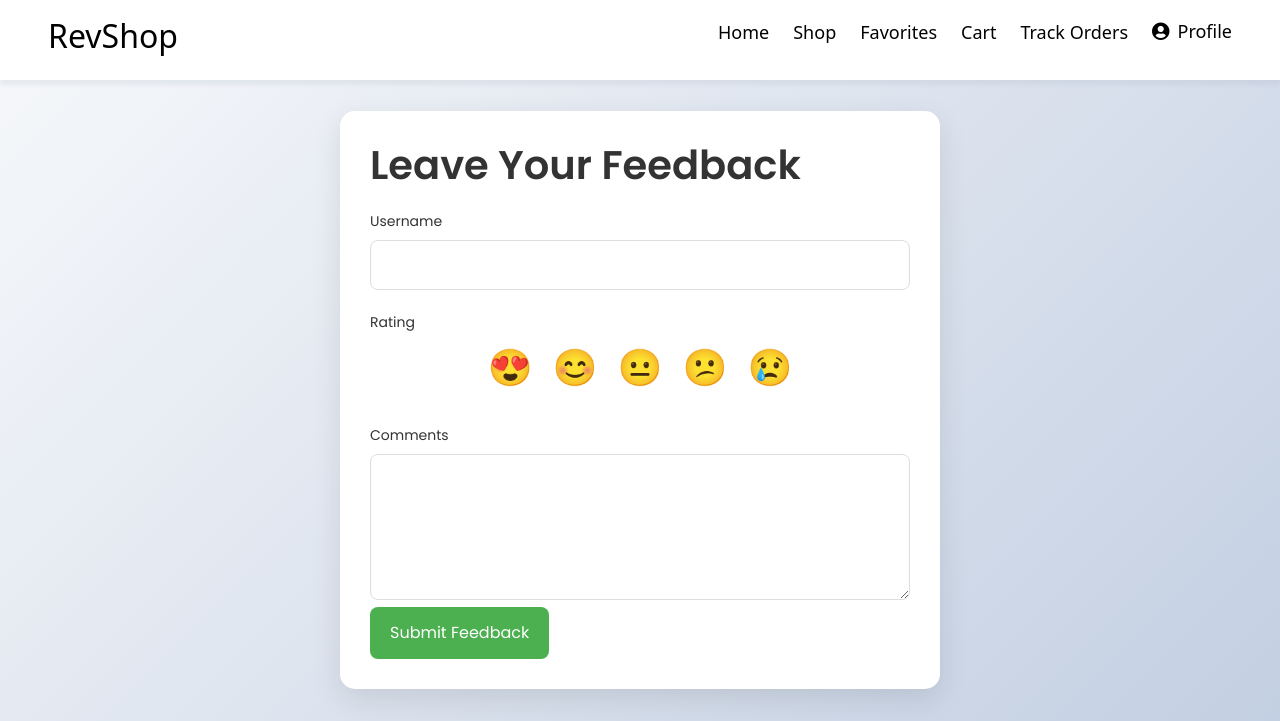
Repository: srikanth805/RevShopP2_Ecommerce
Page: http://localhost/feedback
The author's editor kept a copy of each file at every save. The page is drawn from the files as they stood at one save, then again after the next save.
The browser window is 1280 px wide. The pictures show the whole page.
The page is this project's Thymeleaf template; nobody is signed in. The template is opened directly, without the code that normally fills it, so the values that code supplies are empty.

Above is the page before, as saved 2024-10-20 21:14:50.

### client-app/src/main/resources/templates/feedback.html
 <!DOCTYPE html>
<html xmlns:th="http://www.thymeleaf.org">
<head>
    <meta charset="UTF-8">
    <meta name="viewport" content="width=device-width, initial-scale=1.0">
    <title>Feedback Form</title>
    <link rel="stylesheet" th:href="@{/css/feedback.css}">
    <link rel="preconnect" href="https://fonts.googleapis.com">
    <link rel="preconnect" href="https://fonts.gstatic.com" crossorigin>
    <link href="https://fonts.googleapis.com/css2?family=Poppins:wght@300;400;500;600&display=swap" rel="stylesheet">
</head>
<body>
	<div th:include="@{/buyerNav.html}"></div>
	<div class="feedback">
	    <div class="feedback-container">
	        <h1>Leave Your Feedback</h1>
	        <form th:action="@{/api/v1/feedback}" th:method="post">

	            <label for="username">Username</label>
	            <input type="text" id="username" name="username" required>

	            <label for="rating">Rating</label>
	            <div class="emoji-rating">
	                <input type="radio" id="emoji5" name="rating" value="5" required>
	                <label for="emoji5" title="Excellent">😍</label>

	                <input type="radio" id="emoji4" name="rating" value="4">
	                <label for="emoji4" title="Good">😊</label>

	                <input type="radio" id="emoji3" name="rating" value="3">
	                <label for="emoji3" title="Average">😐</label>

	                <input type="radio" id="emoji2" name="rating" value="2">
	                <label for="emoji2" title="Poor">😕</label>

	                <input type="radio" id="emoji1" name="rating" value="1">
	                <label for="emoji1" title="Terrible">😢</label>
	            </div>

	            <label for="comments">Comments</label>
	            <textarea id="comments" name="comments" rows="5" required></textarea>

	            <button type="submit" class="submit-btn">Submit Feedback</button>
	        </form>
	    </div>
    </div>
</body>
</html>

### client-app/src/main/resources/templates/buyerNav.html
<!DOCTYPE html>
<html lang="en" xmlns:th="http://www.thymeleaf.org">

<head>
<meta charset="UTF-8">
<meta name="viewport" content="width=device-width, initial-scale=1.0">
<title>Buyers</title>
<link rel="stylesheet" th:href="@{/css/buyerDashboard.css}">
<link
	href="https://cdn.jsdelivr.net/npm/bootstrap@5.3.3/dist/css/bootstrap.min.css"
	rel="stylesheet"
	integrity="sha384-QWTKZyjpPEjISv5WaRU9OFeRpok6YctnYmDr5pNlyT2bRjXh0JMhjY6hW+ALEwIH"
	crossorigin="anonymous">
<link rel="stylesheet" href="https://cdnjs.cloudflare.com/ajax/libs/font-awesome/5.15.4/css/all.min.css">
</head>

<body>
	<nav class="navbar">
		<div class="navbar-container">
			<input type="checkbox" name="" id="checkbox">
			<div class="hamburger-lines">
				<span class="line line1"></span> <span class="line line2"></span> <span
					class="line line3"></span>
			</div>
			<ul class="menu-items">
				<li><a th:href="@{/api/v1/buyer-dashboard}">Home</a></li>
				<li><a th:href="@{/api/v1/products}">Shop</a></li>
				<li><a th:href="@{/api/v1/wishlist}">Favorites</a></li>
				<li><a th:href="@{/api/v1/cart}">Cart</a></li>
				<li><a th:href="@{/api/v1/orders/history}">Track Orders</a></li>
				<li class="dropdown">
			        <a href="javascript:void(0)" class="dropbtn">
			            <i class="fas fa-user-circle"></i> Profile
			        </a>
			        <div class="dropdown-content">
			            <a th:href="@{/api/v1/profile}"><i class="fas fa-id-badge"></i> My Profile</a>
			            <a th:href="@{/api/v1/profile/edit}"><i class="fas fa-edit"></i> Edit Profile</a>
			            <a th:href="@{/logout}"><i class="fas fa-sign-out-alt"></i> Logout</a>
			        </div>
			    </li>
			</ul>
			<div class="logo">
				<h2 class="mx-5">RevShop</h2>
			</div>
		</div>
	</nav>
</body>
</html>

### client-app/src/main/resources/static/css/Feedback.css

.feedback {
    font-family: 'Poppins', sans-serif;
    background: linear-gradient(135deg, #f5f7fa 0%, #c3cfe2 100%);
    color: #333;
    margin: 0;
    padding: 0;
    display: flex;
    justify-content: center;
    align-items: center;
    height: 89vh;
}

.feedback-container {
    background-color: white;
    padding: 30px;
    border-radius: 15px;
    box-shadow: 0px 10px 30px rgba(0, 0, 0, 0.1);
    max-width: 600px;
    width: 100%;

}

.feedback-container h1 {
    font-weight: 600;
    margin-bottom: 20px;
}

label {
    display: block;
    font-size: 14px;
    margin-bottom: 8px;
    text-align: left;
}

input[type="text"], textarea {
    width: 100%;
    padding: 12px;
    border: 1px solid #ddd;
    border-radius: 8px;
    margin-bottom: 20px;
    font-size: 16px;
}

textarea {
    resize: none;
}

.emoji-rating {
    display: flex;
    justify-content: center;
    margin-bottom: 20px;
}

.emoji-rating input {
    display: none;
}

.emoji-rating label {
    font-size: 36px;
    cursor: pointer;
    padding: 0 10px;
    transition: transform 0.3s ease;
}

.emoji-rating input:checked + label {
    transform: scale(1.2);
}

.submit-btn {
    background-color: #4CAF50;
    color: white;
    padding: 14px 20px;
    border: none;
    border-radius: 8px;
    cursor: pointer;
    font-size: 16px;
    transition: background-color 0.3s ease;
}

.submit-btn:hover {
    background-color: #45a049;
}

@media (max-width: 600px) {
    .feedback-container {
        padding: 20px;
    }

    .emoji-rating label {
        font-size: 28px;
        padding: 0 8px;
    }

    .submit-btn {
        font-size: 14px;
    }
}

Loaded but not shown: client-app/src/main/resources/static/css/buyerDashboard.css (1437 lines, source omitted)

After the next save:
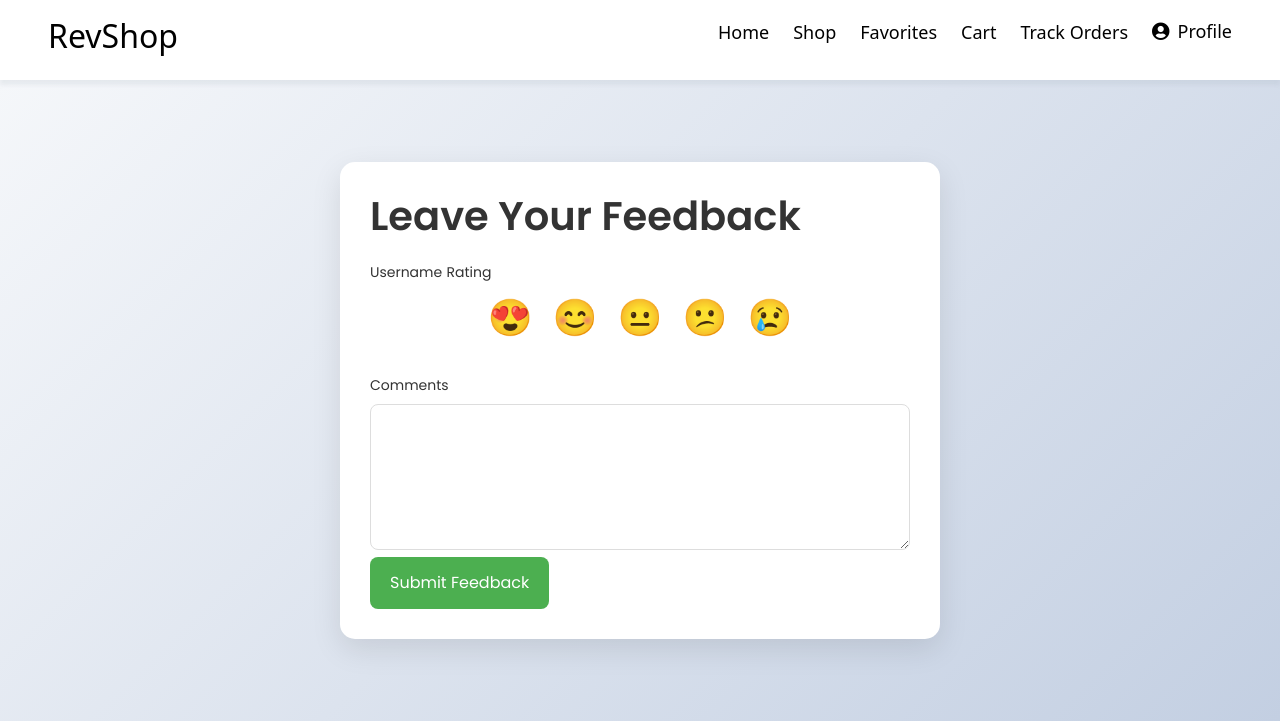
Saved 8 h 32 min later.
--- a/client-app/src/main/resources/templates/feedback.html
+++ b/client-app/src/main/resources/templates/feedback.html
@@ -17,7 +17,7 @@
 	        <form th:action="@{/api/v1/feedback}" th:method="post">
 
 	            <label for="username">Username</label>
-	            <input type="text" id="username" name="username" required>
+	            <input type="hidden" id="username" name="username" required>
 
 	            <label for="rating">Rating</label>
 	            <div class="emoji-rating">
